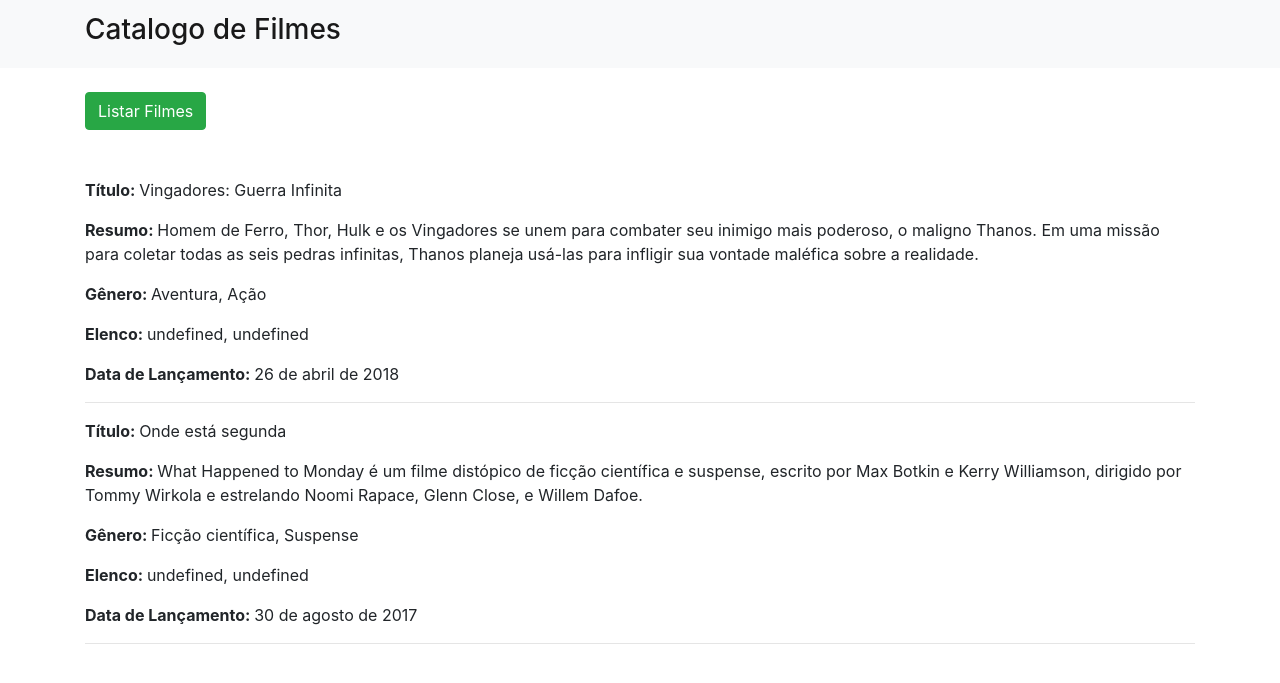
Repository: FredeRibeiro/htdocs-Desenvolvimento-Web-Completo-2019
Page: ajax/filmes.html
An editor plug-in stored every save of this project. The page is shown before and after the next save, followed by the edit.
The browser window is 1280 px wide. The pictures show the whole page.
After loading, the first visible `button.btn` was clicked once.

Above is the page before, as saved 2019-10-16 14:29:16.

After the next save:
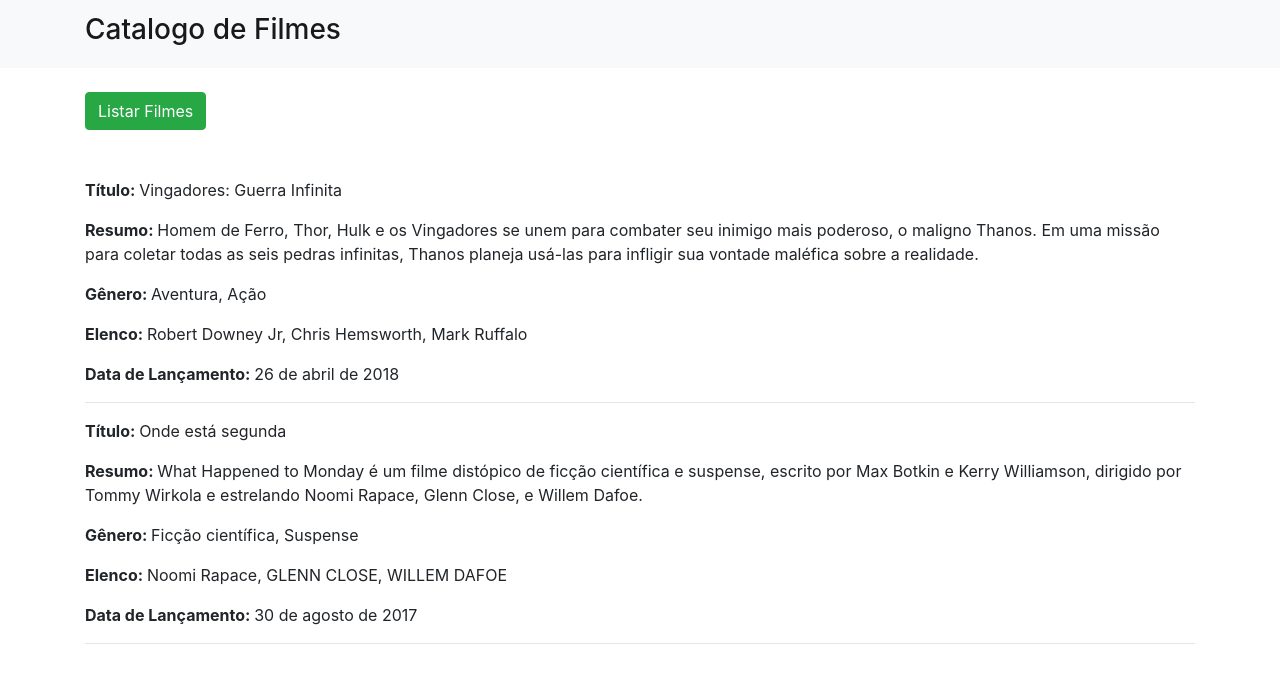
Saved 40 s later.
--- a/ajax/filmes.html
+++ b/ajax/filmes.html
@@ -58,10 +58,10 @@
 
 								let elenco = '';
 
-							for (let e in item.elenco) {
+							for (let e in item.elenco.ator) {
 								if (elenco) elenco += ', '
 
-								elenco += item.elenco[e]['#text'];
+								elenco += item.elenco.ator[e]['#text'];
 							}
 
 							let p4 = document.createElement('p')
